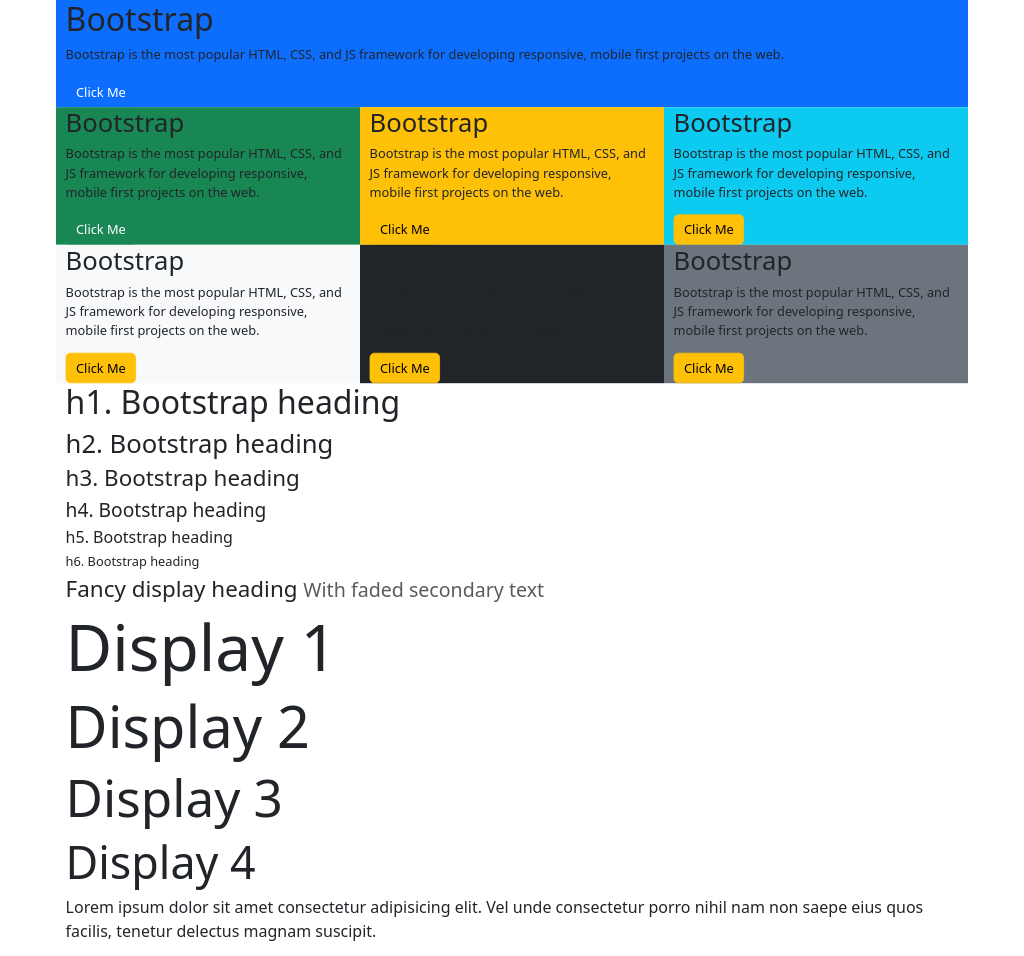
Repository: arunyerram/Web-TEChnologies
Page: b.html
An editor plug-in stored every save of this project. The page is shown before and after the next save, followed by the edit.
The browser window is 1280 px wide. The pictures show the whole page, at 80% of full size.

Above is the page before, as saved 2025-02-20 12:22:21.

After the next save:
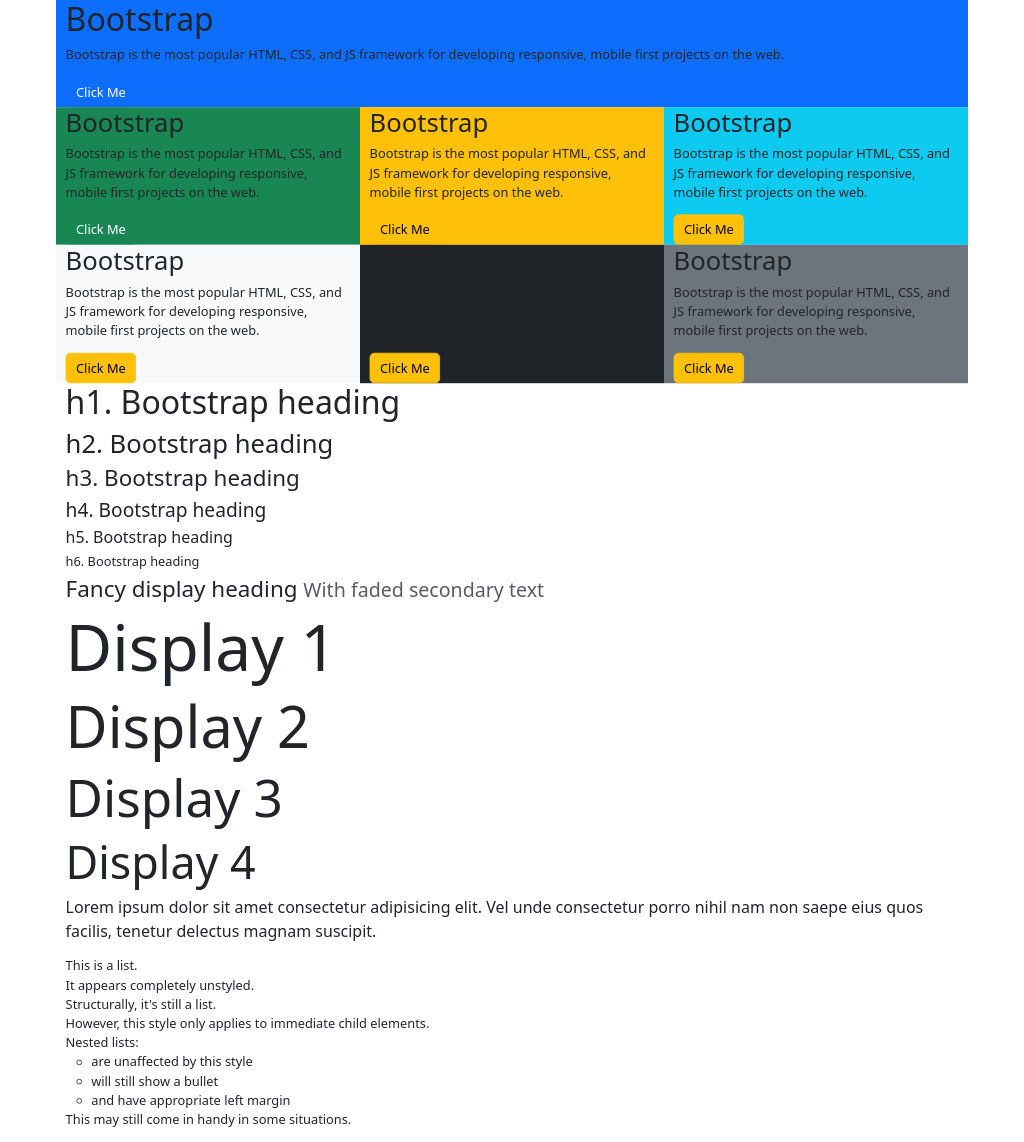
Saved 2 min 0 s later.
--- a/b.html
+++ b/b.html
@@ -68,5 +68,20 @@
         <h1 class="display-4">Display 4</h1>
 
         <p class="lead">Lorem ipsum dolor sit amet consectetur adipisicing elit. Vel unde consectetur porro nihil nam non saepe eius quos facilis, tenetur delectus magnam suscipit.</p>
+
+        <ul class="list-unstyled">
+            <li>This is a list.</li>
+            <li>It appears completely unstyled.</li>
+            <li>Structurally, it's still a list.</li>
+            <li>However, this style only applies to immediate child elements.</li>
+            <li>Nested lists:
+              <ul>
+                <li>are unaffected by this style</li>
+                <li>will still show a bullet</li>
+                <li>and have appropriate left margin</li>
+              </ul>
+            </li>
+            <li>This may still come in handy in some situations.</li>
+          </ul>
 </body>
 </html>
